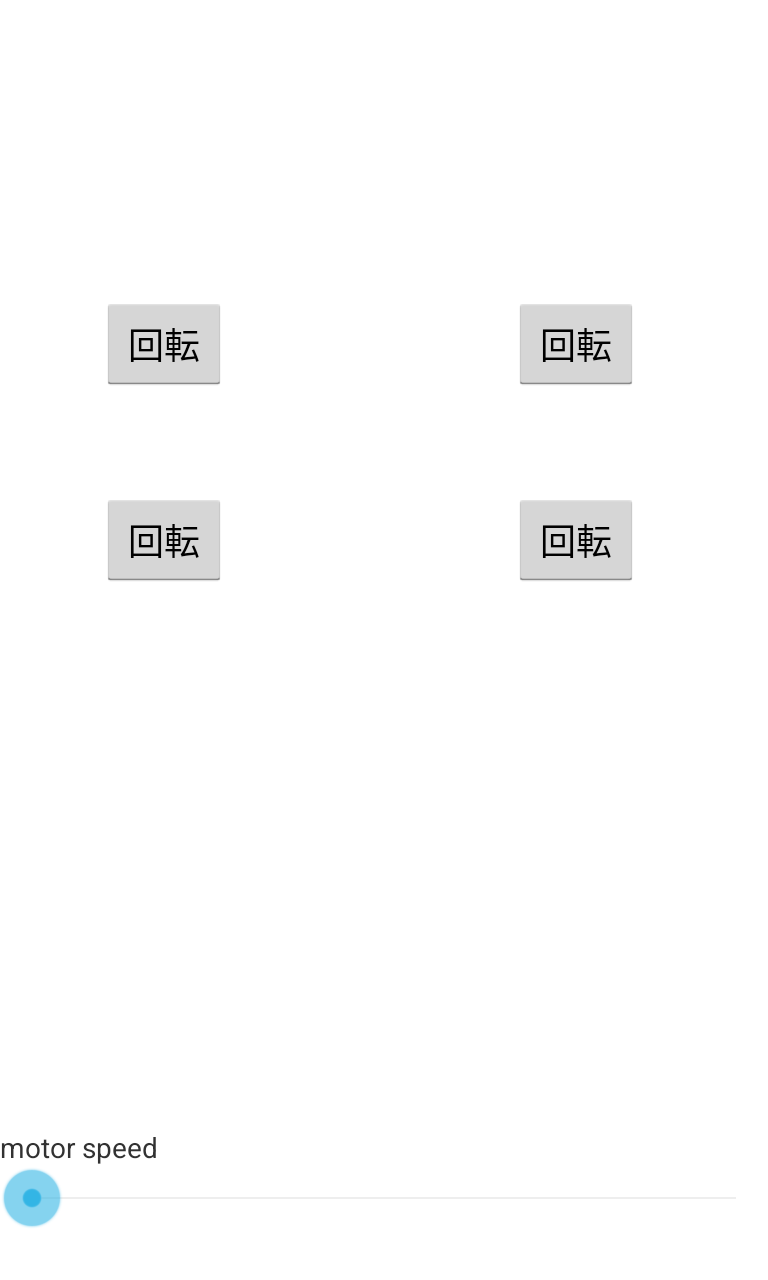
Repository: takugoto/2WD-car
Layout: workspace/2WDcar/res/layout/activity_main.xml
An editor plug-in stored every save of this project. The layout is shown before and after the next save, followed by the edit.
It is drawn on a 768 x 1280 px phone screen (xhdpi) without system bars, with theme AppTheme; the app's code is not run.

Above is the layout before, as saved 2012-11-29 04:53:35.

After the next save:
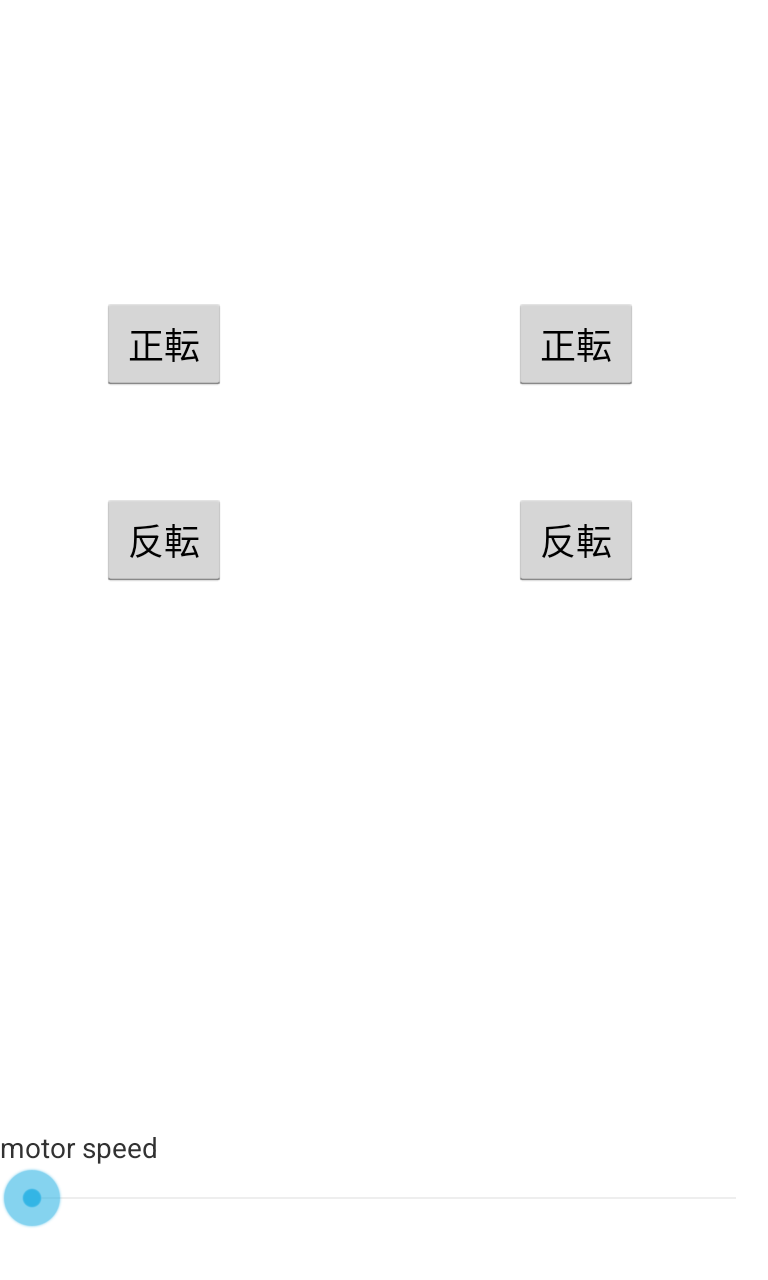
Saved 3 min 5 s later.
--- a/workspace/2WDcar/res/layout/activity_main.xml
+++ b/workspace/2WDcar/res/layout/activity_main.xml
@@ -27,7 +27,7 @@
         android:layout_alignParentTop="true"
         android:layout_marginLeft="50dp"
         android:layout_marginTop="148dp"
-        android:text="回転" />
+        android:text="正転" />
 
     <Button
         android:id="@+id/button2"
@@ -36,7 +36,7 @@
         android:layout_alignLeft="@+id/button1"
         android:layout_below="@+id/button1"
         android:layout_marginTop="50dp"
-        android:text="回転" />
+        android:text="反転" />
 
     <Button
         android:id="@+id/button3"
@@ -45,7 +45,7 @@
         android:layout_above="@+id/button2"
         android:layout_alignParentRight="true"
         android:layout_marginRight="64dp"
-        android:text="回転" />
+        android:text="正転" />
 
     <Button
         android:id="@+id/button4"
@@ -54,6 +54,6 @@
         android:layout_alignBaseline="@+id/button2"
         android:layout_alignBottom="@+id/button2"
         android:layout_alignLeft="@+id/button3"
-        android:text="回転" />
+        android:text="反転" />
 
 </RelativeLayout>
